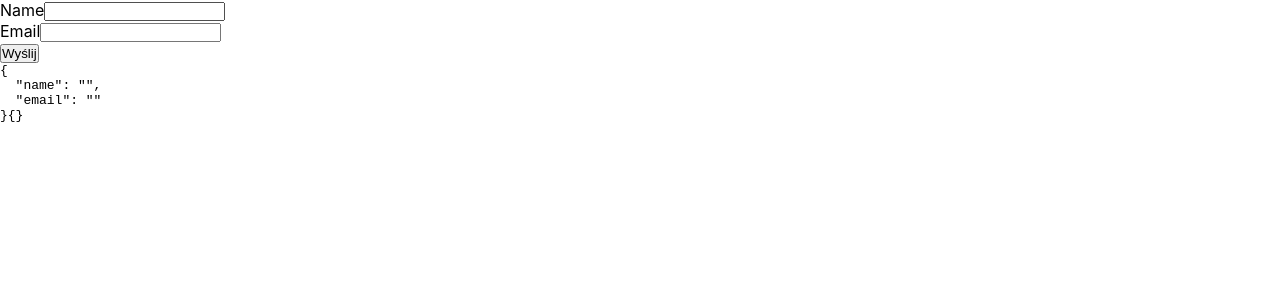
Repository: KrzysKolo/sr_tydzien4_zad3
Page: /
An editor plug-in stored every save of this project. The page is shown before and after the next save, followed by the edit.
The browser window is 1280 px wide. The pictures show the whole page.
The project was rebuilt for these pictures with package versions that can differ from the ones it lists, and the page was loaded fresh each time. Also part of the build but not shown: src/components/FormComponents/TextError.js.

Above is the page before, as saved 2020-11-19 13:12:00.

After the next save:
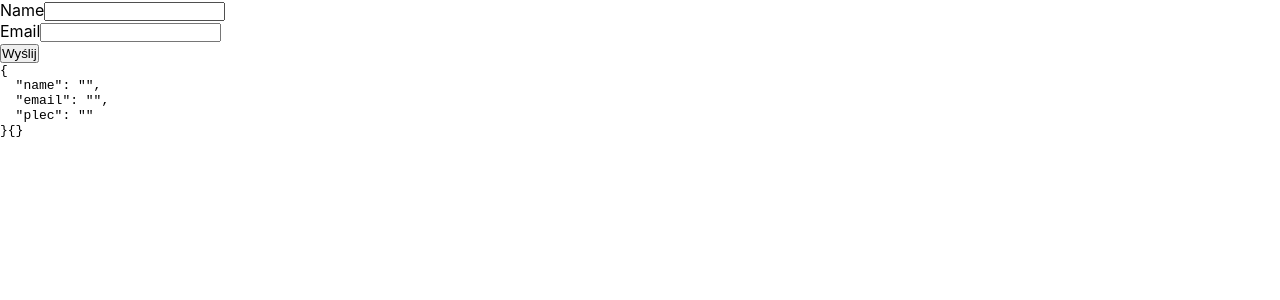
Saved 108 s later.
--- a/src/components/Formik/FormikContainer.js
+++ b/src/components/Formik/FormikContainer.js
@@ -2,16 +2,19 @@ import React from 'react';
 import { Formik, Form } from 'formik';
 import * as yup from 'yup';
 import FormikControl from './FormikControl';
+import RadioOptions from './../../data/RadioOptions';
 
 const FormikContainer = () => {
     const initialValues = {
         name: '',
         email: '',
+        plec: '',
     }
 
     const validationSchema = yup.object({
         name: yup.string().required("Imię jest obowiązkowe!").min(2,"Twóje imię musi mieć więcej niż 2 znaki!").max(30,'Twoje imię może mieć maxymalnie 30 znaków!'),
         email: yup.string().required("Email jest wymagany").email("Adres zawiera błędy"),
+        plec: yup.string().required('Zaznacz jedną wartość'),
     });
 
     const onSubmit = values => console.log('Form data: ', values);
